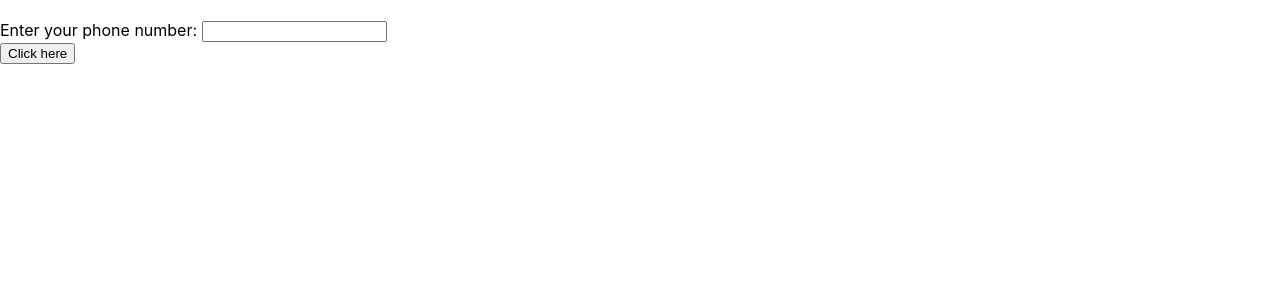
Repository: Rubin78/login-verification
Page: /
These files come from the project's save history. The page is drawn as it stood at one moment and after the next save; the edit follows.
The browser window is 1280 px wide. The pictures show the whole page.
The project was rebuilt for these pictures with package versions that can differ from the ones it lists, and the page was loaded fresh each time.

Above is the page before, as saved 2021-02-15 02:02:36.

### src/App.js
import React, { Component, label } from "react";
import "./App.css";
import firebase from "./firebase";

export default class App extends Component {
  constructor(props) {
    super(props);

    this.state = {
      phoneNumber: null,
    };
  }

  //   setUpRecaptcha = () =>{
  // window.recaptchaVerifier = new firebase.auth.RecaptchaVerifier(
  //   "sign-in-button",
  //   {
  //     size: "invisible",
  //     callback: (response) => {
  //       // reCAPTCHA solved, allow signInWithPhoneNumber.
  //       this.onSignInSubmit();
  //     },
  //   }
  // );

  //   };

  //   onSignInSubmit = (event) => {
  // event.preventDefault();
  //     const phoneNumber = "+918369696578";
  //     const appVerifier = window.recaptchaVerifier;
  //     firebase
  //       .auth()
  //       .signInWithPhoneNumber(phoneNumber, appVerifier)
  //       .then((confirmationResult) => {
  // SMS sent. Prompt user to type the code from the message, then sign the
  // user in with confirmationResult.confirm(code).
  // window.confirmationResult = confirmationResult;
  // ...
  // })
  // .catch((error) => {
  // Error; SMS not sent
  // ...
  //     });
  // }

  handleClick = (e) => {
    e.preventDefault();
    const { phoneNumber } = this.state;
    const phoneNumber_countryCode = `+91${phoneNumber}`;
    console.log(phoneNumber_countryCode);
    let recaptcha = new firebase.auth.RecaptchaVerifier("recaptcha");
    let number = phoneNumber_countryCode;
    firebase
      .auth()
      .signInWithPhoneNumber(number, recaptcha)
      .then(function (e) {
        let code = prompt("enter otp", "");
        if (code == null) return;
        e.confirm(code)
          .then(function (result) {
            console.log(result.user, "user");
            document.querySelector("label").textContent =
              result.user.phoneNumber + "Number Verified";
          })
          .catch((error) => {
            console.log(error);
          });
      });
  };

  render() {
    const { phoneNumber } = this.state;
    return (
      <div className="">
        <form onSubmit={this.handleClick}>
          <div id="recaptcha"></div>
          <br />
          <label for="phone">Enter your phone number: </label>
          <input
            type="tel"
            pattern="[789][0-9]{9}"
            value={phoneNumber}
            onChange={(e) => {
              this.setState({
                phoneNumber: e.target.value,
              });
            }}
          />
          <br />
          <input type="submit" value="Click here" />
        </form>
        {/* <div className="container">

<div className="row justify-content-center align-item-center">

<div className="col-sm-6 text-left">
  <h2>Phone Login</h2>
  </div>
<form onSubmit={this.onSignInSubmit}>
  <div className="form-group">
    <label for ="exampleInputEmail1">phone number</label>
    <input type="number" className="form-control" />
    </div>

    <button type="submit" className="btn btn-primary">submit</button>
    </form>
  </div>
  </div> */}
      </div>
    );
  }
}

### src/firebase.js
import firebase from "firebase";
import "firebase/auth";



// Your web app's Firebase configuration
var firebaseConfig = {
  apiKey: "AIzaSyCPzRnaARKqxbz7v2rWT2UkPVg2Tu1pzO8",
  authDomain: "phone-login-2db6e.firebaseapp.com",
  projectId: "phone-login-2db6e",
  storageBucket: "phone-login-2db6e.appspot.com",
  messagingSenderId: "683632220759",
  appId: "1:683632220759:web:e58cc6ba32dc476c8a2112",
};
// Initialize Firebase
firebase.initializeApp(firebaseConfig);

export default firebase;

### src/App.css
.App {
  text-align: center;
}
.otp{
  display: flex;
  justify-content: center;
  align-items: center;
}
.App-logo {
  height: 40vmin;
  pointer-events: none;
}

@media (prefers-reduced-motion: no-preference) {
  .App-logo {
    animation: App-logo-spin infinite 20s linear;
  }
}

.App-header {
  background-color: #282c34;
  min-height: 100vh;
  display: flex;
  flex-direction: column;
  align-items: center;
  justify-content: center;
  font-size: calc(10px + 2vmin);
  color: white;
}

.App-link {
  color: #61dafb;
}

@keyframes App-logo-spin {
  from {
    transform: rotate(0deg);
  }
  to {
    transform: rotate(360deg);
  }
}

Loaded but not shown: public/index.html (common file); src/index.js (common file); src/index.css (common file); src/reportWebVitals.js (common file)

After the next save:
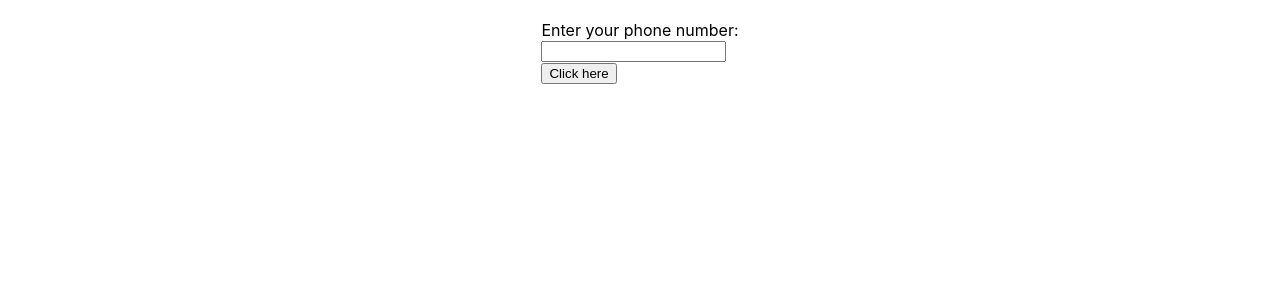
Saved 7 s later.
--- a/src/App.js
+++ b/src/App.js
@@ -72,11 +72,11 @@ export default class App extends Component {
   render() {
     const { phoneNumber } = this.state;
     return (
-      <div className="">
+      <div className="otp">
         <form onSubmit={this.handleClick}>
           <div id="recaptcha"></div>
           <br />
-          <label for="phone">Enter your phone number: </label>
+          <div><label for="phone">Enter your phone number: </label></div>
           <input
             type="tel"
             pattern="[789][0-9]{9}"
